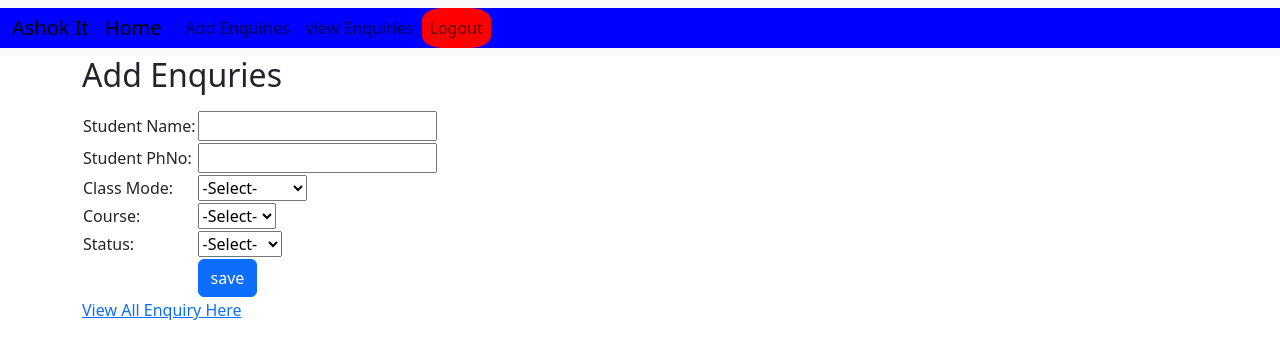
Repository: dibyajyotipanigrahi/Mini-Projects
Page: http://localhost/addEnq
An editor plug-in stored every save of this project. The page is shown before and after the next save, followed by the edit.
The browser window is 1280 px wide. The pictures show the whole page.
The page is this project's Thymeleaf template; nobody is signed in. The template is opened directly, without the code that normally fills it, so the values that code supplies are empty.

Above is the page before, as saved 2024-04-25 19:31:42.

After the next save:
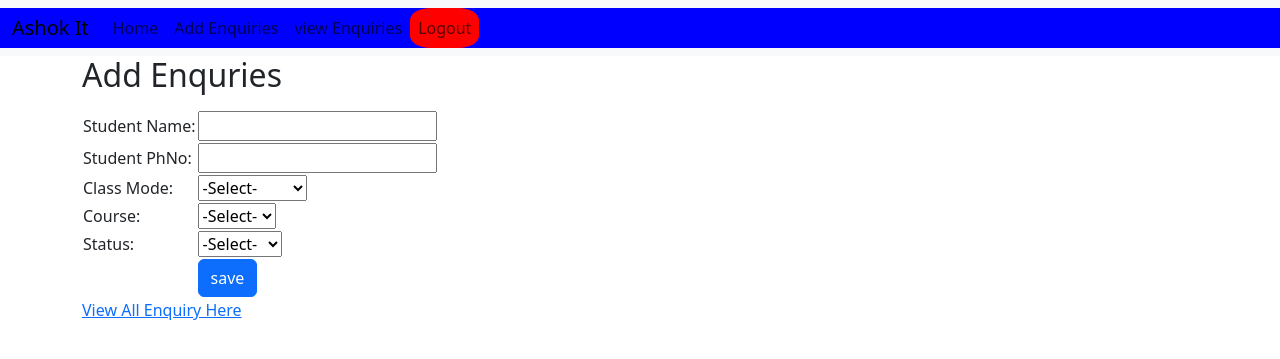
Saved 88 s later.
--- a/01-Councellors-Application/src/main/resources/templates/addEnq.html
+++ b/01-Councellors-Application/src/main/resources/templates/addEnq.html
@@ -13,13 +13,16 @@
 	<nav class="navbar navbar-expand-lg bg-body-tertiary">
 		<div class="container-fluid" style="background-color: blue;">
 			<a class="navbar-brand" href="#">Ashok It</a>
-			<a class="navbar-brand" href="dashboard">Home</a>
+
 			<button class="navbar-toggler" type="button" data-bs-toggle="collapse" data-bs-target="#navbarNav"
 				aria-controls="navbarNav" aria-expanded="false" aria-label="Toggle navigation">
 				<span class="navbar-toggler-icon"></span>
 			</button>
 			<div class="collapse navbar-collapse" id="navbarNav">
 				<ul class="navbar-nav">
+					<li class="nav-item">
+						<a class="nav-link" href="dashboard">Home</a>
+					</li>
 
 					<li class="nav-item">
 						<a class="nav-link" href="enquiry">Add Enquiries</a>
